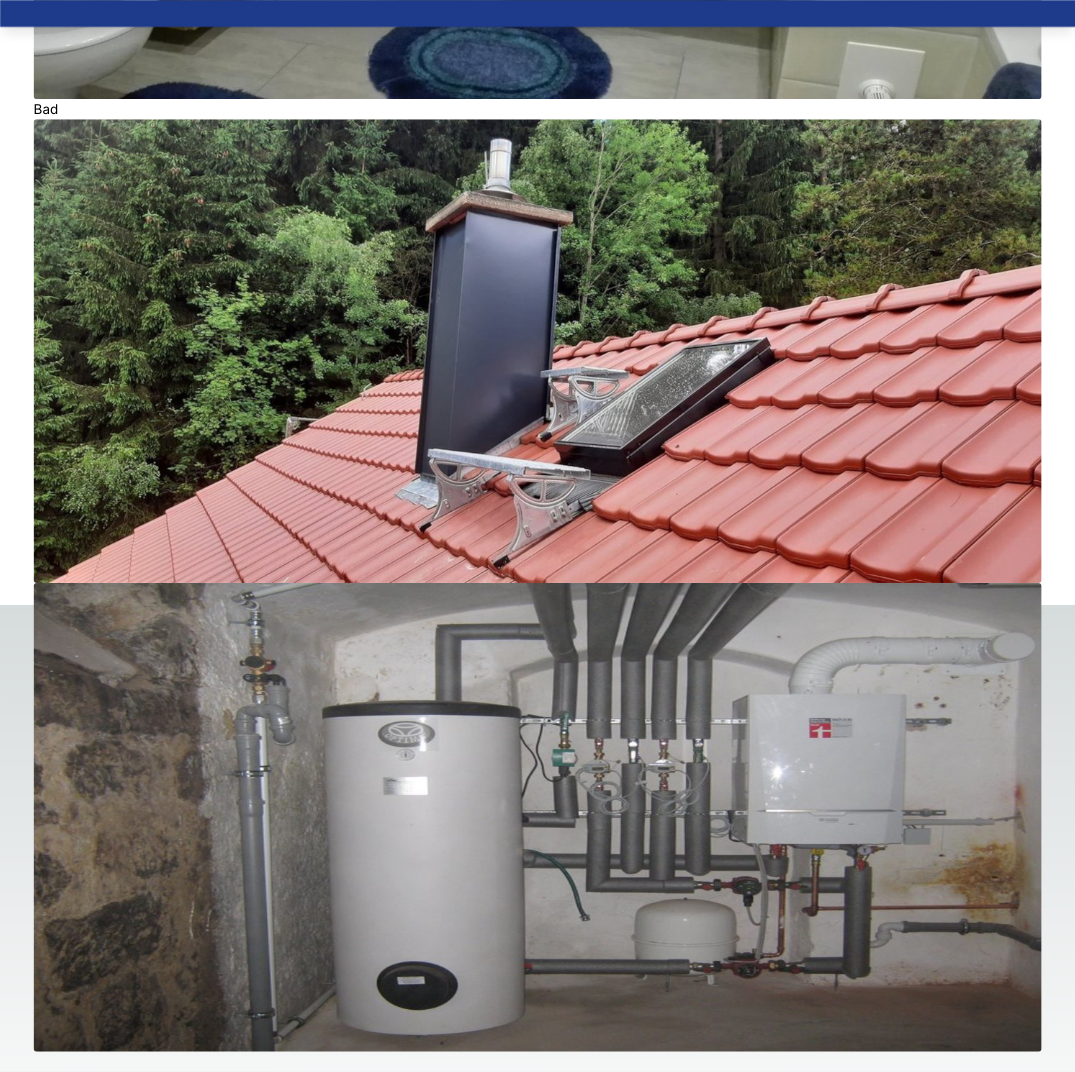
Repository: LorenMucha/firma-andreas-mucha
Page: /
An editor plug-in stored every save of this project. The page is shown before and after the next save, followed by the edit.
The browser window is 1280 px wide. The pictures show the whole page, at 84% of full size.
The project was rebuilt for these pictures with package versions that can differ from the ones it lists, and the page was loaded fresh each time. The framework's server and built-in components were replaced by stand-ins that run in the browser. Also part of the build but not shown: next.config.mjs.

Above is the page before, as saved 2024-04-15 16:45:01.

### src/app/layout.tsx
import type { Metadata } from "next";
import { Inter } from "next/font/google";
import "./globals.css";

const inter = Inter({ subsets: ["latin"] });

export const metadata: Metadata = {
  title: "Firma Andreas Mucha",
  description: "Generated by create next app",
};

export default function RootLayout({
  children,
}: Readonly<{
  children: React.ReactNode;
}>) {
  return (
    <html lang="de" suppressHydrationWarning={true}>
      <body className={inter.className}>{children}</body>
    </html>
  );
}

### src/app/page.tsx
"use client";
import Intro from "./components/Intro";
import Navbar from "./components/Navbar";

export default function Home() {
  return (
    <main className="flex min-h-screen flex-col items-center justify-between">
      <Navbar />
      <Intro />
    </main>)
}

### src/app/globals.css
@tailwind base;
@tailwind components;
@tailwind utilities;

@import '@coreui/coreui/dist/css/coreui.min.css';

:root {
  --foreground-rgb: 0, 0, 0;
  --background-start-rgb: 214, 219, 220;
  --background-end-rgb: 255, 255, 255;
}

@media (prefers-color-scheme: dark) {
  :root {
    --foreground-rgb: 255, 255, 255;
    --background-start-rgb: 0, 0, 0;
    --background-end-rgb: 0, 0, 0;
  }
}

body {
  color: rgb(var(--foreground-rgb));
  background: linear-gradient(to bottom,
      transparent,
      rgb(var(--background-end-rgb))) rgb(var(--background-start-rgb));
}

@layer utilities {
  .text-balance {
    text-wrap: balance;
  }
}

### src/app/components/Intro.tsx
import { CCarousel, CCarouselItem, CImage } from "@coreui/react"

const Intro = (): React.JSX.Element =>
    <div className="w-screen h-screen flex flex-col justify-center items-center bg-white p-10">
        <div className="font-extrabold text-8xl text-black w-100">Firma Andreas Mucha</div>
        <div className="mt-5 w-100">
            <CCarousel controls indicators>
                <CCarouselItem>
                    <CImage className="object-cover" fluid rounded src="/images/bad.jpg" alt="slide 1" />
                    <div className="text-black">Bad</div>
                </CCarouselItem>
                <CCarouselItem>
                    <CImage className="object-cover" fluid rounded src="/images/dach.jpg" alt="slide 2" />
                </CCarouselItem>
                <CCarouselItem>
                    <CImage className="object-cover" fluid rounded src="/images/heizung.JPG" alt="slide 3" />
                </CCarouselItem>
            </CCarousel>
        </div>
    </div>

export default Intro

### src/app/components/Navbar.tsx
const Navbar = (): React.JSX.Element =>
    <nav className="shadow-lg fixed w-screen top-0 z-10 px-3 bg-blue-900">
        <div className="max-w-6xl mx-auto">
            <div className="flex justify-between">
                <div className="inline-flex justify-center md:p-4 mb-1 mt-1 md:mt-0 md:mb-0">
                    <a>
                        <span className="font-semibold md:text-l"></span>
                    </a>
                </div>
            </div>
        </div>
    </nav>

export default Navbar

Loaded but not shown: tailwind.config.ts (common file)

After the next save:
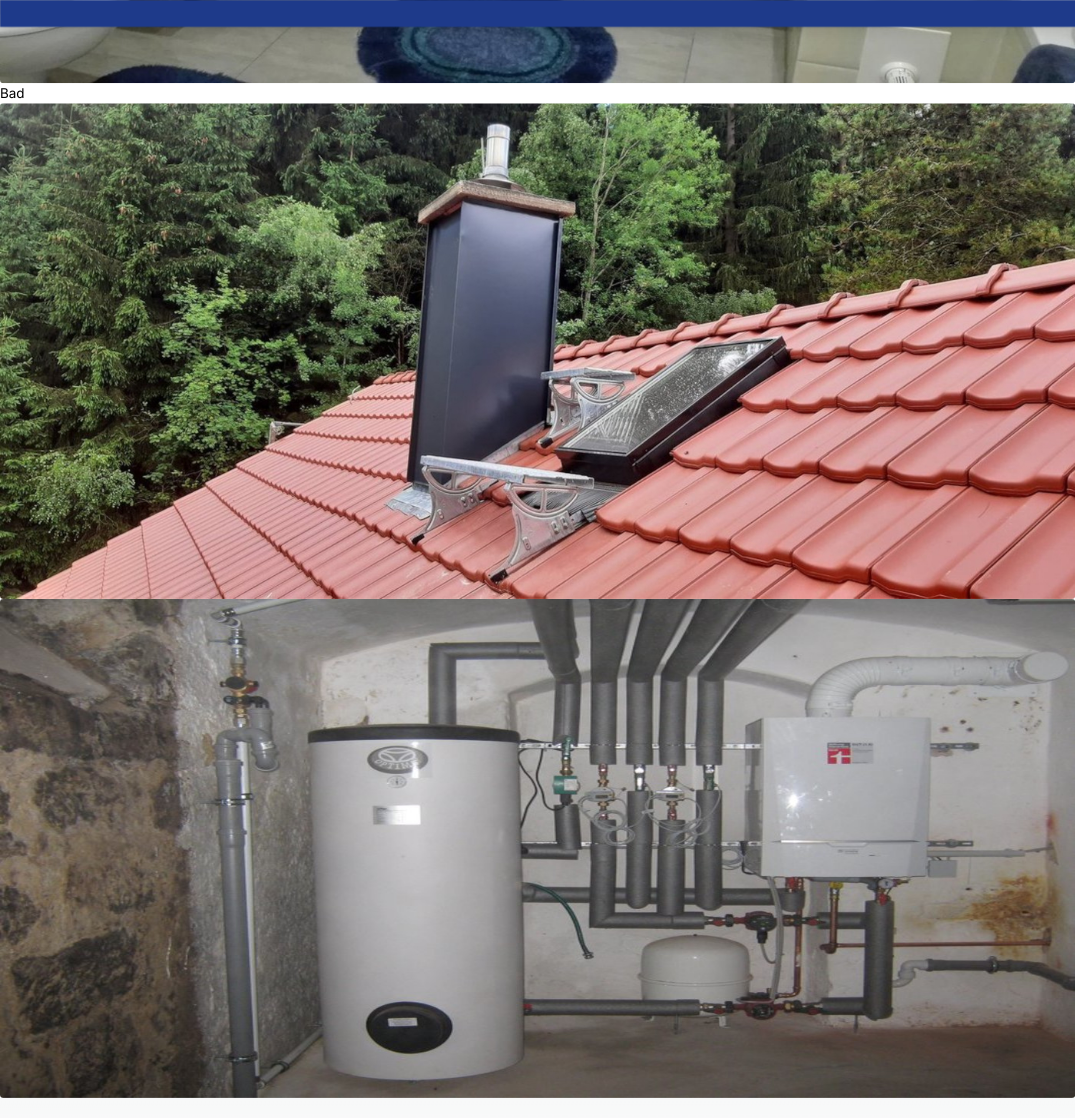
Saved 116 s later.
--- a/src/app/components/Intro.tsx
+++ b/src/app/components/Intro.tsx
@@ -1,7 +1,7 @@
 import { CCarousel, CCarouselItem, CImage } from "@coreui/react"
 
 const Intro = (): React.JSX.Element =>
-    <div className="w-screen h-screen flex flex-col justify-center items-center bg-white p-10">
+    <div className="w-screen h-screen flex flex-col justify-center items-center bg-white">
         <div className="font-extrabold text-8xl text-black w-100">Firma Andreas Mucha</div>
         <div className="mt-5 w-100">
             <CCarousel controls indicators>

After the save that followed:
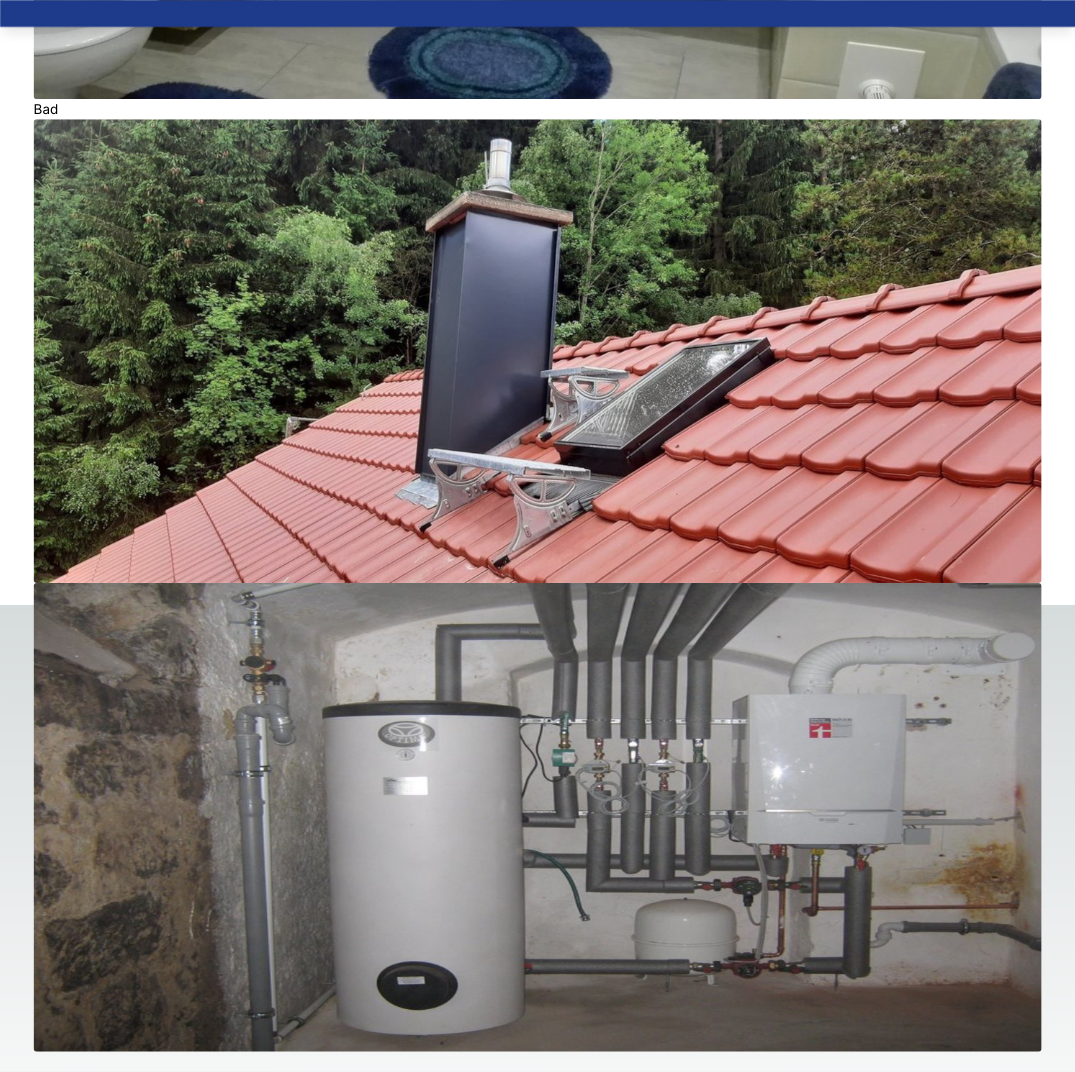
Saved 20 s later.
--- a/src/app/components/Intro.tsx
+++ b/src/app/components/Intro.tsx
@@ -1,7 +1,7 @@
 import { CCarousel, CCarouselItem, CImage } from "@coreui/react"
 
 const Intro = (): React.JSX.Element =>
-    <div className="w-screen h-screen flex flex-col justify-center items-center bg-white">
+    <div className="w-screen h-screen flex flex-col justify-center items-center bg-white p-10">
         <div className="font-extrabold text-8xl text-black w-100">Firma Andreas Mucha</div>
         <div className="mt-5 w-100">
             <CCarousel controls indicators>
